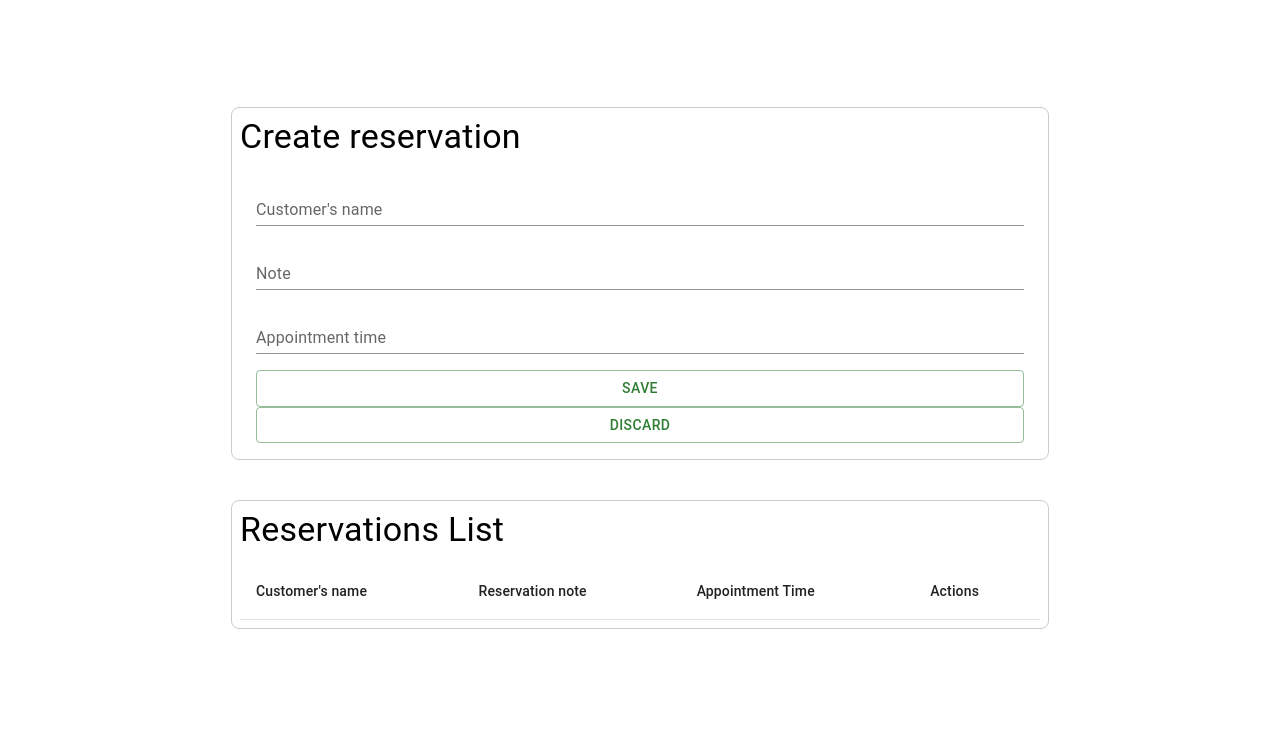
Repository: dovix58/PSP
Page: /beauty (app in frontEnd/)
An editor plug-in stored every save of this project. The page is shown before and after the next save, followed by the edit.
The browser window is 1280 px wide. The pictures show the whole page.
The page's requests for data from a server got no answer. The project was rebuilt for these pictures with package versions that can differ from the ones it lists, and the page was loaded fresh each time. No one was signed in, and anything a server would have sent is missing. Also part of the build but not shown: frontEnd/vite.config.ts, frontEnd/src/LandingPage.tsx, frontEnd/src/api/productAPI.ts, frontEnd/src/CreateOrder.tsx, frontEnd/src/api/OrderApi.ts, frontEnd/src/PaymentModal.tsx, frontEnd/src/OrderList.tsx, frontEnd/src/Styles.ts and 3 more.

Above is the page before, as saved 2024-12-19 13:48:37.

### frontEnd/src/main.tsx
import React from 'react';
import ReactDOM from 'react-dom/client';
import {createBrowserRouter, RouterProvider} from "react-router-dom";
import LandingPage from "./LandingPage";
import CateringPage from "./CatringPage";
import BeautyPage from "./BeautyPage";

const router = createBrowserRouter([
    {
        path: '/',
        element: <LandingPage />
    },
    {
        path: '/catering',
        element: <CateringPage />
    },
    {
        path: "/beauty",
        element: <BeautyPage/>
    }
]);
ReactDOM.createRoot(
    document.getElementById('root') as HTMLElement
).render(
    <React.StrictMode>
        <RouterProvider router={router} />
    </React.StrictMode>
);

### frontEnd/src/BeautyPage.tsx
import React from "react";
import { Box } from "@mui/material";
import ReservationList from "./ReservationList";
import CreateReservation from "./CreateReservation";

export default function BeautyPage() {
  return (
    <Box
      component="div"
      sx={{
        display: "flex",
        flexDirection: "column",
        alignItems: "center",
        justifyContent: "center",
        height: "100vh",
        gap: 3,
      }}
    >
      <CreateReservation />
      <ReservationList />
    </Box>
  );
}

### frontEnd/src/ReservationList.tsx
import React, { useEffect, useState } from "react";
import { format } from "date-fns";
import {
  Box,
  Typography,
  CircularProgress,
  Table,
  TableContainer,
  TableHead,
  TableRow,
  TableCell,
  TableBody,
  Button,
} from "@mui/material";

interface Reservation {
  id: string; // UUID
  businessId: string; // UUID
  userId: string; // UUID
  customer: string;
  note: string;
  createdAt: string; // ISO 8601 DateTime format
  updatedAt: string; // ISO 8601 DateTime format
  appointmentTime: string; // ISO 8601 DateTime format
}

type ReservationsResponse = Reservation[];

export default function ReservationList() {
  const [reservations, setReservations] = useState<null | ReservationsResponse>(
    null
  );
  const [isLoading, setIsLoading] = useState(false);

  //Handler for a delete button
  const onDeleteHandler = async (id: string) => {
    try {
      const success = await deleteReservations(id);
      if (success) {
        await getReservations(); // Fetch updated reservations only on success
      }
    } catch (error) {
      console.error("Error during deletion:", error);
    }
  };

  const deleteReservations = async (id: string): Promise<boolean> => {
    try {
      const response = await fetch(`api/v1/reservations/${id}`, {
        method: "DELETE",
      });
      if (response.status === 204) {
        console.log("Reservation deleted successfully.");
        return true;
      } else {
        console.error("Failed to delete the reservation.");
        return false;
      }
    } catch (error) {
      console.error("Error during deletion:", error);
      return false;
    }
  };

  const getReservations = async () => {
    setIsLoading(true);
    try {
      const res = await fetch("api/v1/reservations");
      const resData = await res.json();
      console.log(resData);
      setReservations(resData);
      setIsLoading(false);
    } catch (e) {
      setIsLoading(false);
      console.error("Error fetching reservations:", e);
    }
  };

  useEffect(() => {
    getReservations();
  }, []);
  return (
    <Box
      sx={{
        border: "1px solid #ccc",
        borderRadius: "8px",
        padding: "8px",
        margin: "8px 0",
        maxHeight: 400,
        width: 800,
        overflowY: "auto",
      }}
    >
      <Typography variant="h4" gutterBottom>
        Reservations List
      </Typography>{" "}
      {isLoading ? (
        <CircularProgress />
      ) : reservations != null && reservations.length === 0 ? (
        <Typography variant="h6">No reservations are made...</Typography>
      ) : (
        <TableContainer>
          <Table>
            <TableHead>
              <TableRow>
                <TableCell align="left">Customer's name</TableCell>
                <TableCell align="left">Reservation note</TableCell>
                <TableCell align="left">Appointment Time</TableCell>
                <TableCell align="left">Actions</TableCell>
              </TableRow>
            </TableHead>
            <TableBody>
              {reservations?.map((r, index) => (
                <TableRow key={r.id}>
                  <TableCell align="left">{r.customer}</TableCell>
                  <TableCell align="left">{r.note}</TableCell>
                  <TableCell align="left">
                    {format(new Date(r.appointmentTime), "MMMM d, yyyy hh:mm ")}
                  </TableCell>
                  <TableCell align="left">
                    <Button
                      variant="outlined"
                      color="error"
                      onClick={() => onDeleteHandler(r.id)}
                    >
                      Delete
                    </Button>
                  </TableCell>
                </TableRow>
              ))}
            </TableBody>
          </Table>
        </TableContainer>
      )}
    </Box>
  );
}

### frontEnd/src/CreateReservation.tsx
import React from "react";
import { Box, Typography, TextField, Stack, Button } from "@mui/material";

export default function CreateReservation() {
  return (
    <Box
      sx={{
        border: "1px solid #ccc",
        borderRadius: "8px",
        padding: "8px",
        margin: "8px 0",
        maxHeight: 400,
        width: 800,
        overflowY: "auto",
      }}
    >
      <Typography variant="h4" gutterBottom>
        Create reservation
      </Typography>
      <Box sx={{ display: "flexColumn", px: 2, py: 1 }}>
        <form>
          <Stack spacing={2}>
            <TextField id="name" label="Customer's name" variant="standard" />
            <TextField id="note" label="Note" variant="standard" />
            <TextField id="time" label="Appointment time" variant="standard" />
            <Stack dierction="row">
              <Button variant="outlined" color="success">
                Save
              </Button>
              <Button variant="outlined" color="success">
                Discard
              </Button>
            </Stack>
          </Stack>
        </form>
      </Box>
    </Box>
  );
}

Loaded but not shown: frontEnd/index.html (common file)

After the next save:
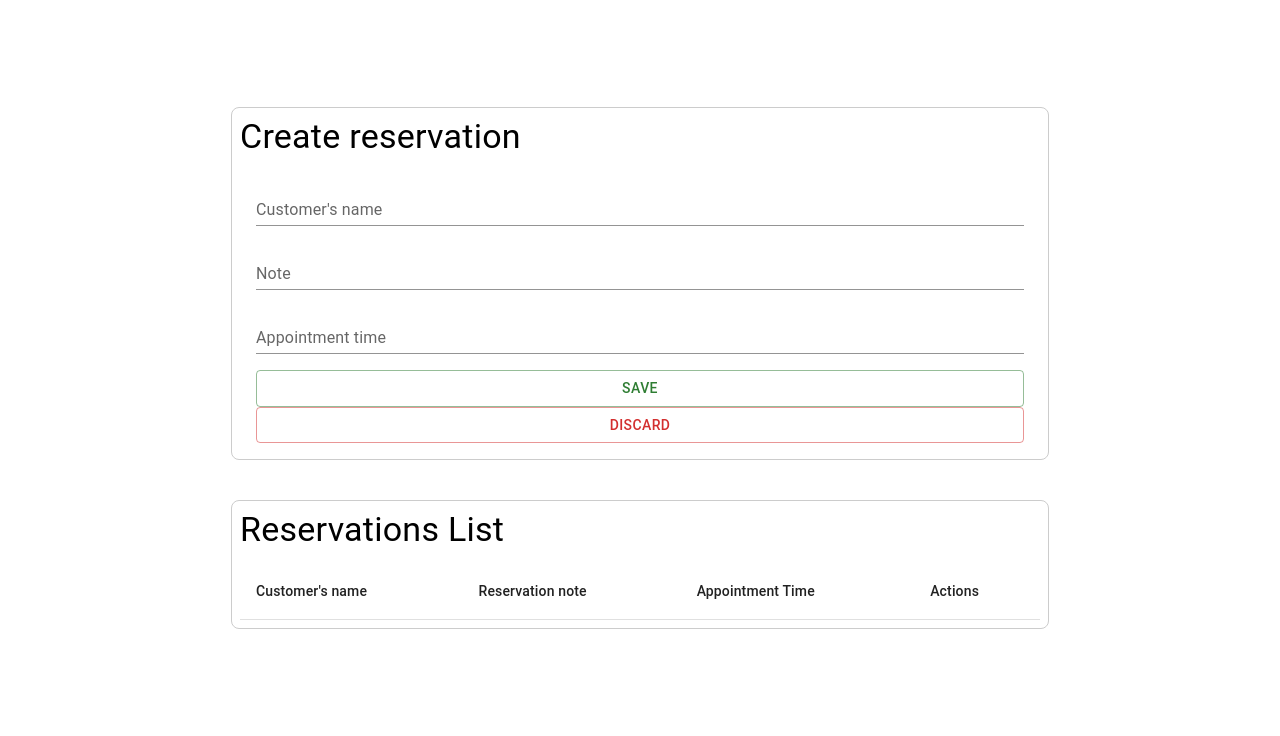
Saved 5 s later.
--- a/frontEnd/src/CreateReservation.tsx
+++ b/frontEnd/src/CreateReservation.tsx
@@ -27,7 +27,7 @@ export default function CreateReservation() {
               <Button variant="outlined" color="success">
                 Save
               </Button>
-              <Button variant="outlined" color="success">
+              <Button variant="outlined" color="error">
                 Discard
               </Button>
             </Stack>
